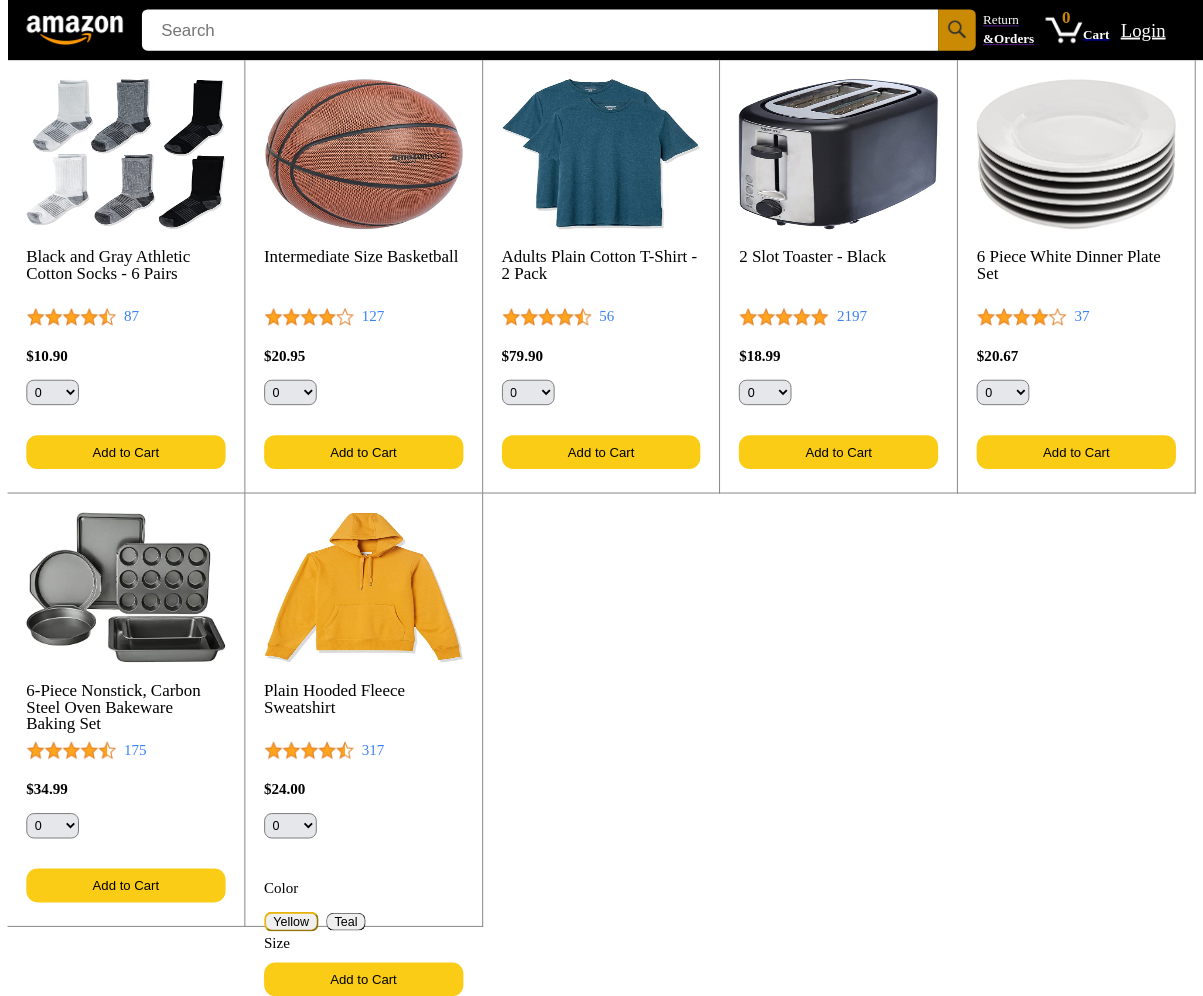
Repository: IssaMuiz/AmazonClone
Page: /
These files come from the project's save history. The page is drawn as it stood at one moment and after the next save; the edit follows.
The browser window is 1280 px wide. The pictures show the whole page, at 94% of full size.
The project was rebuilt for these pictures with package versions that can differ from the ones it lists, and the page was loaded fresh each time. Also part of the build but not shown: vite.config.js, src/pages/Cart.jsx, src/pages/Checkout.jsx, src/pages/Login.jsx.

Above is the page before, as saved 2024-08-08 04:06:48.

### index.html
<!doctype html>
<html lang="en">
  <head>
    <meta charset="UTF-8" />
    <link rel="icon" type="image/svg+xml" href="/vite.svg" />
    <meta name="viewport" content="width=device-width, initial-scale=1.0" />
    <title>Amazon Clone</title>
  </head>
  <body>
    <div id="root"></div>
    <script type="module" src="/src/main.jsx"></script>
  </body>
</html>

### src/main.jsx
import ReactDOM from "react-dom/client";
import App from "./App.jsx";
import "./index.css";
import { Provider } from "react-redux";
import { store } from "./Components/state/store.js";
import { getTotal } from "./Components/state/cartSlice.js";

store.dispatch(getTotal());
ReactDOM.createRoot(document.getElementById("root")).render(
  <Provider store={store}>
    <App />
  </Provider>
);

### src/App.jsx
import ProductComponent from "./Components/ProductComponent";
import Checkout from "./pages/Checkout";
import { BrowserRouter as Router, Routes, Route } from "react-router-dom";
import Login from "./pages/Login";

function App() {
  return (
    <Router>
      <Routes>
        <Route path="/" element={<ProductComponent />} />
        <Route path="/Checkout" element={<Checkout />} />
        <Route path="/Login" element={<Login />} />
        <Route
          path="*"
          element={<h1 className="text-center mt-20">PAGE NOT FOUND!</h1>}
        />
      </Routes>
    </Router>
  );
}

export default App;

### src/Components/state/store.js
import { configureStore } from "@reduxjs/toolkit";
import userReducer from "./cartSlice";

export const store = configureStore({
  reducer: {
    user: userReducer,
  },
});

### src/Components/state/cartSlice.js
import { createSlice } from "@reduxjs/toolkit";

const initialState = {
  cartItems: [],
  cartQuantity: 0,
  cartTotalAmount: 0,
};

const userSlice = createSlice({
  name: "cart",
  initialState,
  reducers: {
    addToCart(state, action) {
      state.cartQuantity++;
      state.cartTotalAmount += action.payload.price;
      const itemsIndex = state.cartItems.findIndex(
        (item) => item.id === action.payload.id
      );
      if (itemsIndex >= 0) {
        state.cartItems[itemsIndex].itemQuantity += 1;
      } else {
        const cartProd = { ...action.payload, itemQuantity: 1 };
        state.cartItems.push(cartProd);
      }

      localStorage.setItem("cartItems", JSON.stringify(state.cartItems));
    },
    calculateTotalPrice(state) {
      state.cartTotalAmount = state.cartItems.reduce(
        (total, items) => total + items.price * items.itemQuantity,
        0
      );
    },
    deleteCart(state, action) {
      const itemsIndex = state.cartItems.findIndex(
        (item) => item.id === action.payload
      );
      if (itemsIndex >= 0) {
        state.cartTotalAmount -=
          state.cartItems[itemsIndex].price *
          state.cartItems[itemsIndex].itemQuantity;

        state.cartItems = state.cartItems.filter(
          (item) => item.id !== action.payload
        );
      }
      state.cartQuantity = state.cartItems.length;
    },

    getTotal(state) {
      let { total, quantity } = state.cartItems.reduce(
        (cartTotal, cartItem) => {
          const { price, itemQuantity } = cartItem;
          const itemTotal = price * itemQuantity;

          cartTotal.total += itemTotal;
          cartTotal.quantity += itemQuantity;

          return cartTotal;
        },
        {
          total: 0,
          quantity: 0,
        }
      );

      state.cartTotalAmount = total;
      state.itemQuantity = quantity;
    },
  },
});

export const {
  addToCart,
  increaseCart,
  calculateTotalPrice,
  deleteCart,
  getTotal,
} = userSlice.actions;

export default userSlice.reducer;

### src/Components/ProductComponent.jsx
import products from "../products.json";
import ProductContainer from "./ProductContainer";
import Navbar from "./Navbar";

const ProductComponent = () => {
  return (
    <div>
      <Navbar />
      <div className="grid mobile:grid-cols-2   tablet:grid-cols-3 mobile:w-full desktop:grid-cols-5 mt-16">
        {products.map((product) => (
          <ProductContainer
            key={product.id}
            product={product}
            images={product.images}
            price={product.price}
            id={product.id}
            name={product.name}
          />
        ))}
      </div>
    </div>
  );
};

export default ProductComponent;

### src/products.json
[
  {
    "id": 1,
    "images": "src/assets/images/athletic-cotton-socks-6-pairs.jpg",
    "name": "Black and Gray Athletic Cotton Socks - 6 Pairs",
    "rating": {
      "star": "src/assets/images/rating-45.png",
      "count": 87
    },
    "price": 1090
  },
  {
    "id": 2,
    "images": "src/assets/images/intermediate-composite-basketball.jpg",
    "name": "Intermediate Size Basketball",
    "rating": {
      "star": "src/assets/images/rating-40.png",
      "count": 127
    },
    "price": 2095
  },
  {
    "id": 3,
    "images": "src/assets/images/adults-plain-cotton-tshirt-2-pack-teal.jpg",
    "name": "Adults Plain Cotton T-Shirt - 2 Pack",
    "rating": {
      "star": "src/assets/images/rating-45.png",
      "count": 56
    },
    "price": 7990
  },
  {
    "id": 4,
    "images": "src/assets/images/black-2-slot-toaster (1).jpg",
    "name": "2 Slot Toaster - Black",
    "rating": {
      "star": "src/assets/images/rating-5.png",
      "count": 2197
    },
    "price": 1899
  },
  {
    "id": 5,
    "images": "src/assets/images/6-piece-white-dinner-plate-set.jpg",
    "name": "6 Piece White Dinner Plate Set",
    "rating": {
      "star": "src/assets/images/rating-40.png",
      "count": 37
    },
    "price": 2067
  },
  {
    "id": 6,
    "images": "src/assets/images/6-piece-non-stick-baking-set (1).webp",
    "name": "6-Piece Nonstick, Carbon Steel Oven Bakeware Baking Set",
    "rating": {
      "star": "src/assets/images/rating-45.png",
      "count": 175
    },
    "price": 3499
  },
  {
    "id": 7,
    "images": "src/assets/images/plain-hooded-fleece-sweatshirt-yellow.jpg",
    "name": "Plain Hooded Fleece Sweatshirt",
    "rating": {
      "star": "src/assets/images/rating-45.png",
      "count": 317
    },
    "price": 2400,
    "form": "wears"
  }
]

### src/Components/ProductContainer.jsx
/* eslint-disable react/prop-types */
import { useDispatch } from "react-redux";
import { addToCart } from "./state/cartSlice";

const ProductContainer = ({ product, images, id, name, price }) => {
  const dispatch = useDispatch();

  return (
    <div>
      <div>
        <div
          style={{
            borderRight: "1px solid gray",
            borderBottom: "1px solid gray",
          }}
          className="flex flex-col h-[420px] p-5 items-start"
        >
          <img className="h-40 w-full mr-4" src={product.images} alt="" />
          <p className="leading-none h-7 mt-5 mb-5 text-lg">{product.name}</p>
          <div className="flex items-center">
            <img className="h-5 w-24" src={product.rating.star} alt="" />
            <p className="ml-2 text-blue-500 justify-start">
              {product.rating.count}
            </p>
          </div>
          <p className="mt-2 font-bold">${(product.price / 100).toFixed(2)}</p>
          <select
            className=" bg-gray-200 p-1 w-14 rounded-lg mb-7"
            name=""
            id=""
          >
            <option value="">0</option>
            <option value="1">1</option>
            <option value="2">2</option>
            <option value="3">3</option>
            <option value="4">4</option>
            <option value="5">5</option>
            <option value="6">6</option>
            <option value="7">7</option>
            <option value="8">8</option>
            <option value="9">9</option>
            <option value="10">10</option>
          </select>
          <div className={` ${product.form ? "block" : "hidden"} h-[100px]`}>
            <p>Color</p>
            <div>
              <button className="px-2 border-2 rounded-lg border-yellow-500">
                Yellow
              </button>
              <button className="px-2 ml-2 border rounded-lg border-grey-500">
                Teal
              </button>
            </div>
            <p className="mt-1">Size</p>
            <div>
              <button className="px-2 border-2 rounded-lg border-yellow-500">
                S
              </button>
              <button className="px-2 ml-2 border rounded-lg border-grey-500">
                M
              </button>
              <button className="px-2 ml-2 border rounded-lg border-grey-500">
                L
              </button>
            </div>
          </div>

          <button
            onClick={() => dispatch(addToCart({ images, id, price, name }))}
            className="bg-yellow-400 border-none w-full rounded-xl p-2 text-sm mt-1 cursor-pointer hover:bg-yellow-500"
          >
            Add to Cart
          </button>
        </div>
      </div>
    </div>
  );
};

export default ProductContainer;

### src/Components/Navbar.jsx
import LeftNav from "./LeftNav";
import MiddleNav from "./MiddleNav";
import RightNav from "./RightNav";

const Navbar = () => {
  return (
    <div>
      <div className="fixed top-0 flex  bg-black w-full h-16 text-white items-center whitespace-nowrap">
        <LeftNav />
        <MiddleNav />
        <RightNav />
      </div>
    </div>
  );
};

export default Navbar;

### src/config/firebase.js
// Import the functions you need from the SDKs you need
import { initializeApp } from "firebase/app";
import { getAuth, GoogleAuthProvider } from "firebase/auth";
// TODO: Add SDKs for Firebase products that you want to use
// https://firebase.google.com/docs/web/setup#available-libraries

// Your web app's Firebase configuration
const firebaseConfig = {
  apiKey: "AIzaSyDn8g0iOfpcR7ad0ZYiyC27ykjBEUySZVs",
  authDomain: "clone-e2e03.firebaseapp.com",
  projectId: "clone-e2e03",
  storageBucket: "clone-e2e03.appspot.com",
  messagingSenderId: "598280271072",
  appId: "1:598280271072:web:1506fc410052808405cc85",
};

// Initialize Firebase
const app = initializeApp(firebaseConfig);

export const auth = getAuth(app);
export const provider = new GoogleAuthProvider();

### src/Components/LeftNav.jsx
const leftNav = () => {
  return (
    <div>
      <img
        className="h-8 ml-5 mobile:hidden tablet:block"
        src="src/assets/images/amazon-logo-white.png"
        alt=""
      />
      <img
        className="h-9 tablet:hidden mobile:block mobile:ml-7 "
        src="src/assets/images/amazon-mobile-logo-white.png"
        alt=""
      />
    </div>
  );
};

export default leftNav;

### src/Components/MiddleNav.jsx
import { useState } from "react";

const MiddleNav = () => {
  const [value, setValue] = useState("");
  return (
    <div className="flex grow ml-5">
      <input
        className=" grow h-1 text-black rounded-md mobile:w-40 tablet:w-40 rounded-br-none rounded-tr-none p-5 border-none text-lg"
        type="text"
        placeholder="Search"
        value={value}
        onChange={(e) => setValue(e.target.value)}
        name=""
        id=""
      />
      <button className="ml-0 left-full bg-yellow-600 rounded-md rounded-bl-none rounded-tl-none p-2.5 border-none">
        <img className="w-5" src="src/assets/images/search-icon.png" alt="" />
      </button>
    </div>
  );
};

export default MiddleNav;

### src/Components/RightNav.jsx
import { auth } from "../config/firebase";
import { Link } from "react-router-dom";
import { useAuthState } from "react-firebase-hooks/auth";
import { signOut } from "firebase/auth";
import { useSelector } from "react-redux";

const RightNav = () => {
  const cartIncrement = useSelector((state) => state.user.cartQuantity);
  const [user] = useAuthState(auth);

  const signUserOut = async () => {
    await signOut(auth);
  };
  return (
    <div>
      <div className="flex tablet:flex ml-2 justify-end text-sm tablet:w-54 tablet:mr-2 mobile:hidden">
        <a className="text-sm" href="">
          <p className=" text-white whitespace-nowrap ">
            Return <br /> <strong className="">&Orders</strong>
          </p>
        </a>
        <Link
          to="/Checkout"
          className="relative flex items-center hover:border"
          href="/src/Components/Checkout.jsx"
        >
          <img
            className="w-10 h-7 ml-3"
            src="src/assets/images/cart-icon.png"
            alt=""
          />
          <p className="absolute text-lg text-center right-9 bottom-4 w-5  text-yellow-600 font-bold">
            {cartIncrement}
          </p>
          <p className="mt-6  font-bold text-white">Cart</p>
        </Link>
        <div className="flex items-center ml-3">
          {user ? (
            <div className="flex items-center gap-3">
              <p>{user.displayName}</p>
              <img
                className="h-10 w-10 rounded-3xl"
                src={user.photoURL}
                alt=""
              />
              <button onClick={signUserOut}>Log Out</button>
            </div>
          ) : (
            <Link to="/Login" className="mr-10 text-white text-xl">
              Login
            </Link>
          )}
        </div>
      </div>
      <img
        className="h-4 tablet:hidden mobile:block ml-5 mr-6"
        src="src/assets/images/hamburger-menu (1).png"
        alt=""
      />
    </div>
  );
};

export default RightNav;

### tailwind.config.js
/** @type {import('tailwindcss').Config}  */

export default {
  content: ["./index.html", "./src/**/*.{js,ts,jsx,tsx}"],
  theme: {
    screens: {
      mobile: "370px",
      tablet: "580px",
      desktop: "750px",
    },

    extend: {
      fontFamily: {
        sans: ["Roboto", "sans-serif"],
      },
    },
  },
  plugins: [],
  corePlugins: {
    preflight: false,
  },
};

Loaded but not shown: src/index.css (common file)

After the next save:
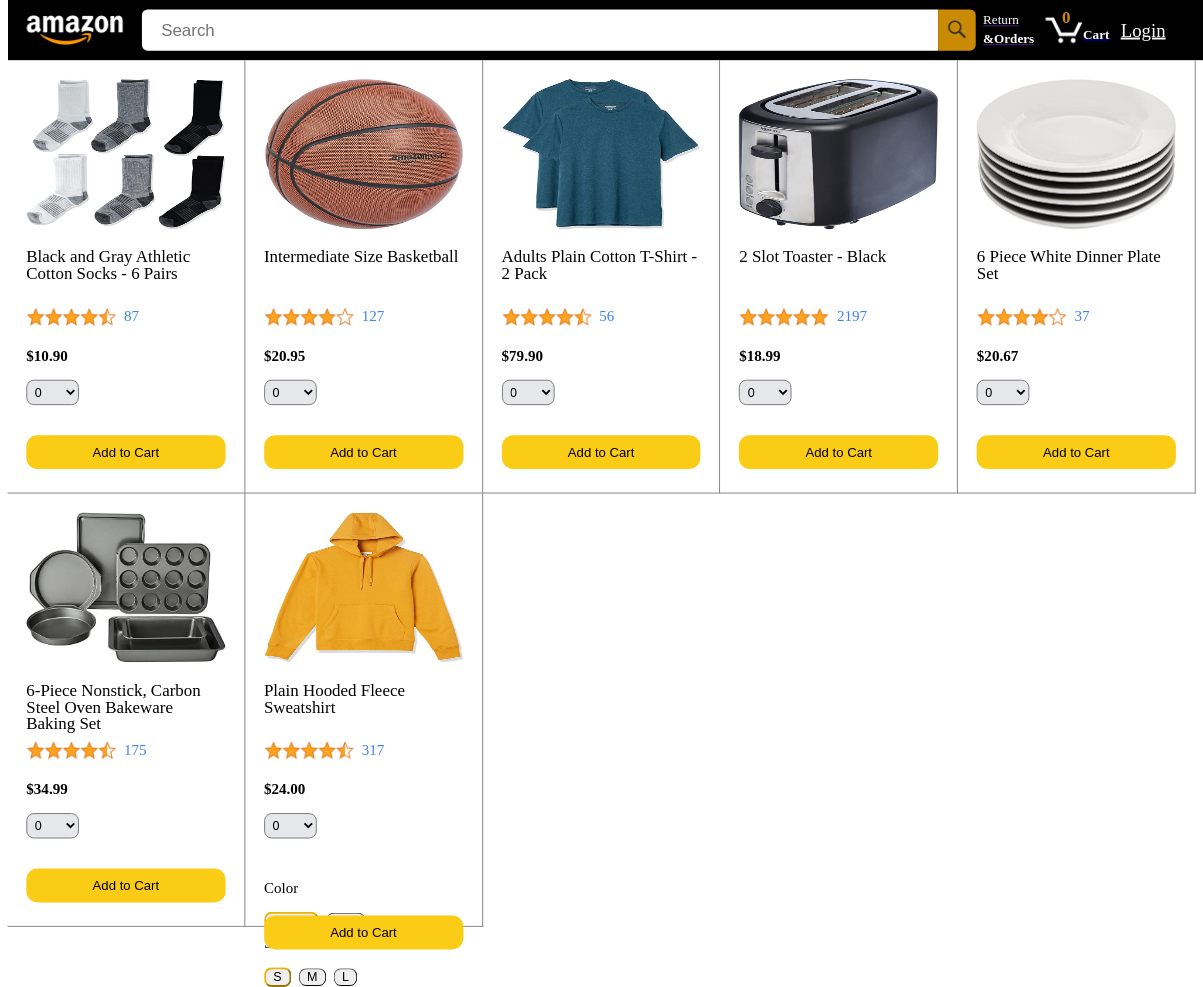
Saved 23 s later.
--- a/src/Components/ProductContainer.jsx
+++ b/src/Components/ProductContainer.jsx
@@ -41,7 +41,7 @@
             <option value="9">9</option>
             <option value="10">10</option>
           </select>
-          <div className={` ${product.form ? "block" : "hidden"} h-[100px]`}>
+          <div className={` ${product.form ? "block" : "hidden"} h-[50px]`}>
             <p>Color</p>
             <div>
               <button className="px-2 border-2 rounded-lg border-yellow-500">
